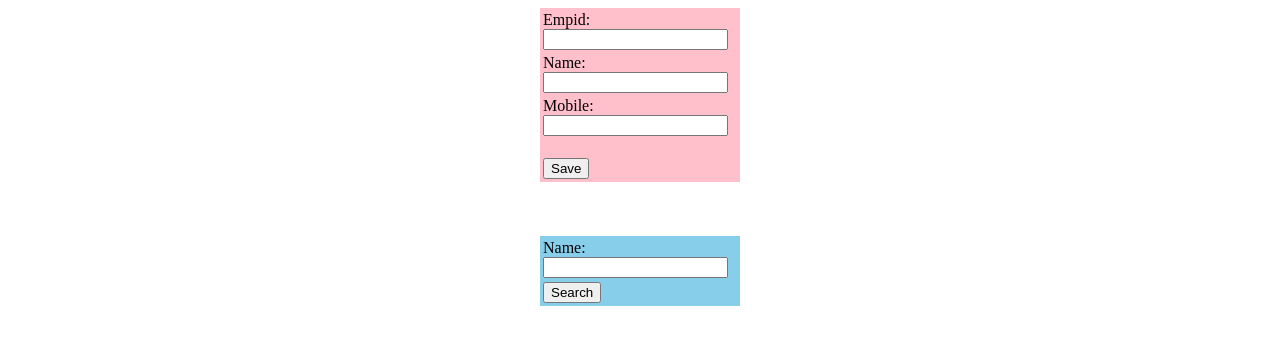
Repository: Suknaina/Repo
Page: MockServlet/src/main/webapp/Home.html
An editor plug-in stored every save of this project. The page is shown before and after the next save, followed by the edit.
The browser window is 1280 px wide. The pictures show the whole page.

Above is the page before, as saved 2023-05-23 17:18:59.

### MockServlet/src/main/webapp/Home.html
<!DOCTYPE html>
<html>
<head>
<meta charset="ISO-8859-1">
<title>Insert title here</title>
</head>
<body>
	<center>
		<form action="signup" method="post">
			<table bgcolor="pink" width="200px">
				<tr>
					<td>Empid: <input type="number" name="empid"><br>
					</td>
				</tr>
				<tr>
					<td>Name: <input type="text" name="name"><br>
					</td>
				</tr>
				<tr>
					<td>Mobile: <input type="number" name="mobile"><br>
						<br>
					</td>
				</tr>
				<tr>
					<td>
						<button>Save</button>
					</td>
				</tr>
			</table>
		</form>
		<br>
		<form action="">
			<table bgcolor="skyblue" width="200px">
			<tr>
					<td>Name: <input type="text" name="name"><br>
					</td>
				</tr>
				<br>
				<br>
				<tr>
					<td>
						<button>Search</button>
					</td>
				</tr>
			</table>
		</form>
	</center>
</body>
</html>

After the next save:
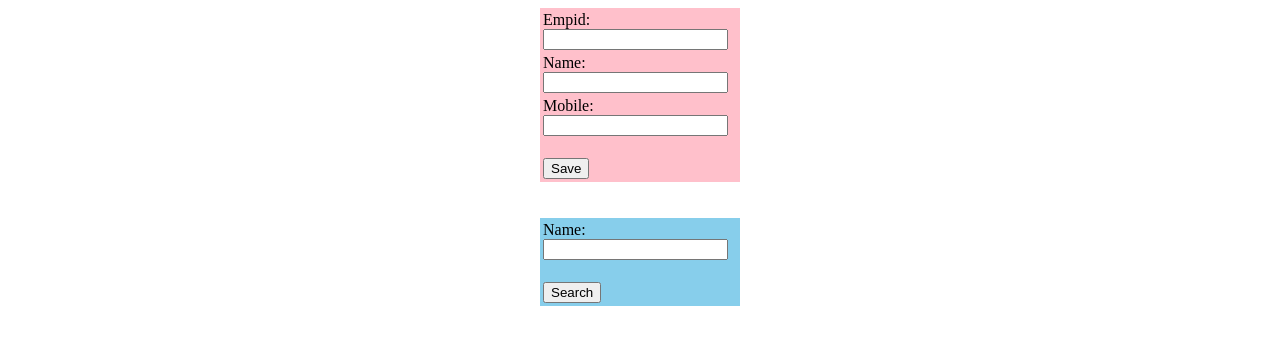
Saved 16 s later.
--- a/MockServlet/src/main/webapp/Home.html
+++ b/MockServlet/src/main/webapp/Home.html
@@ -32,10 +32,9 @@
 		<form action="">
 			<table bgcolor="skyblue" width="200px">
 			<tr>
-					<td>Name: <input type="text" name="name"><br>
+					<td>Name: <input type="text" name="name"><br><br>
 					</td>
 				</tr>
-				<br>
 				<br>
 				<tr>
 					<td>
